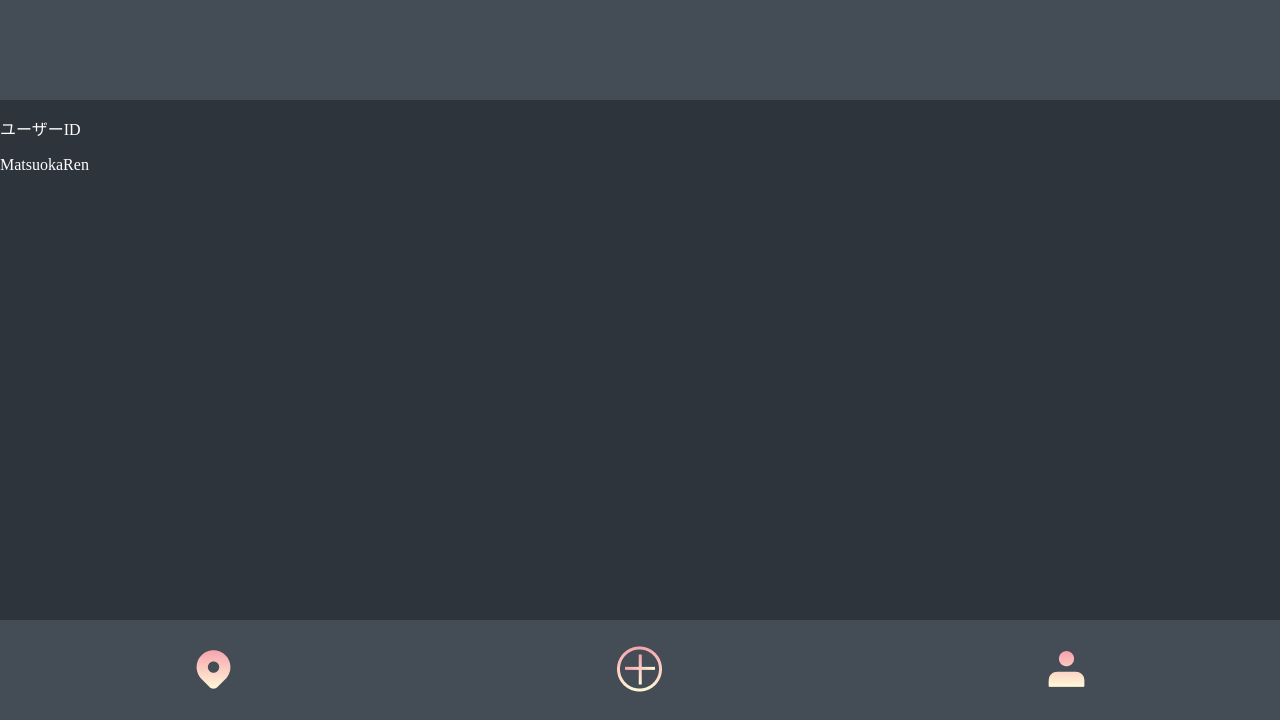
Repository: ren0714poo/respos
Page: edit.html
These files come from the project's save history. The page is drawn as it stood at one moment and after the next save; the edit follows.
The browser window is 1280 px wide. The pictures show the whole page.

Above is the page before, as saved 2025-07-17 13:42:49.

### edit.html
<!DOCTYPE html>
<html lang="ja">
<head>
  <meta charset="UTF-8">
  <meta name="viewport" content="width=device-width, initial-scale=1.0">
  <title>respos_edit</title>
  <link rel="stylesheet" href="css/edit.css">
</head>
<body>
  <header>
  </header>

  <main>
    <div class="edit">

      <p>ユーザーID</p>
      MatsuokaRen
    </div>
  </main>

  <footer>
    <button type="button" id="pin" onclick="location.href='top.html'"><img src="img/tabler_map-pin-filled.png" alt="ピン"></button>
    <button type="button"><img src="img/post.png" alt="投稿"></button>
    <button type="button" id="profile" onclick="location.href='profile.html'"><img src="img/icon-park-solid_people.png" alt="プロフィール"></button>
  </footer>

</body>
</html>

### css/edit.css
@media screen and (max-width:480px){


}

html, body {
  color: white;
  background: #2D343C;
  height: 100%;
  margin: 0;
  padding: 0;
  display: grid;
  grid-template-rows: 100px calc(100vh - 200px) 100px;
  grid-template-areas:
  "header"
  "main"
  "footer"
  ;
}



header{
  width: 100%;
  height: 100px;
  background: #444C55;
  display: flex;
  grid-area: header;
}




main{
  grid-area: main;
}









footer {
  background: #444C55;
  display: flex;
  justify-content: space-around;
  align-items: center;
}

footer button {
  background: transparent;
  border: none;
}

After the next save:
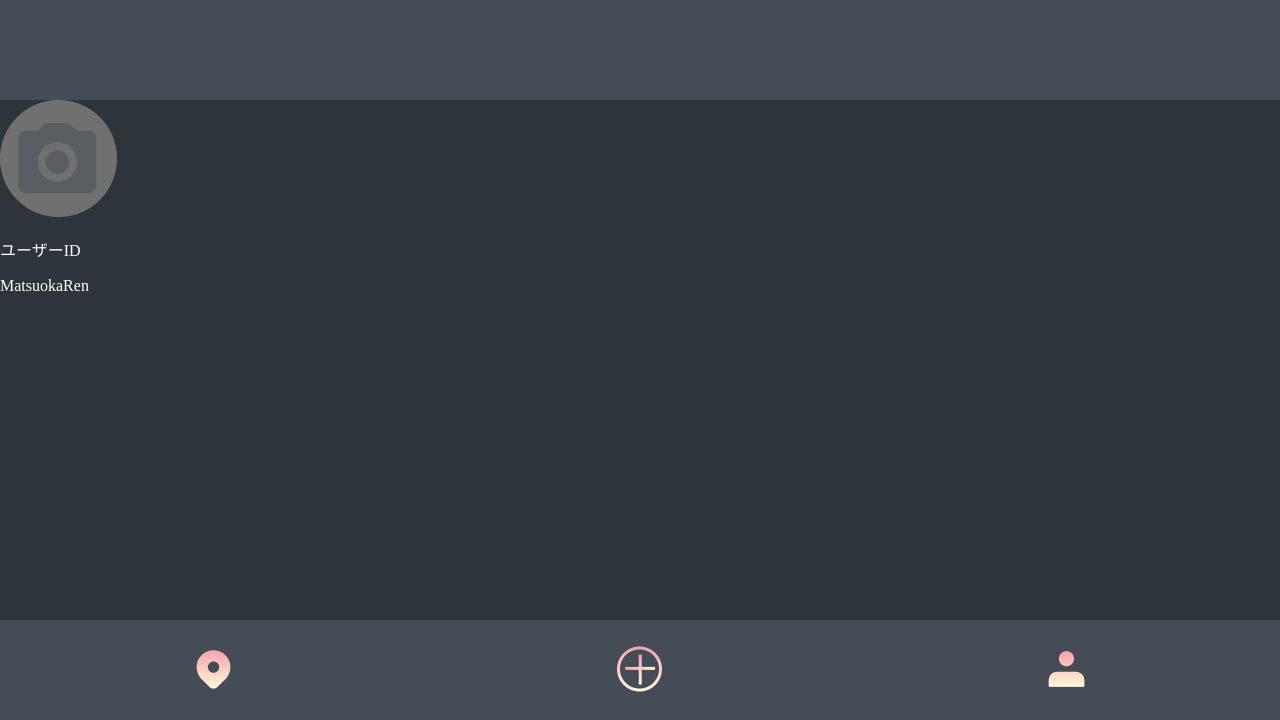
Saved 24 s later.
--- a/edit.html
+++ b/edit.html
@@ -12,7 +12,7 @@
 
   <main>
     <div class="edit">
-
+      <img src="img/camera_chenge.png" alt="カエラ変更">
       <p>ユーザーID</p>
       MatsuokaRen
     </div>
